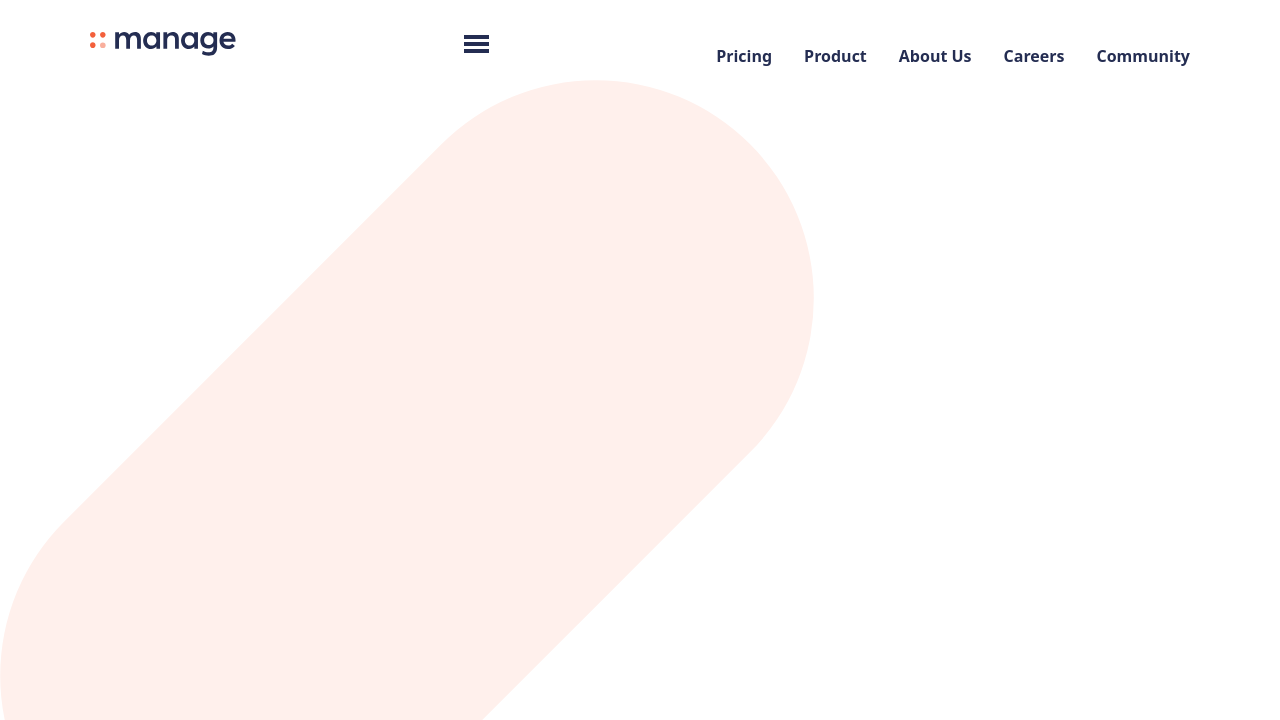
Repository: aqib-01/manage-landing-page
Page: /
The author's editor kept a copy of each file at every save. The page is drawn from the files as they stood at one save, then again after the next save.
The browser window is 1280 px wide. The pictures show the whole page.
The project was rebuilt for these pictures with package versions that can differ from the ones it lists, and the page was loaded fresh each time.

Above is the page before, as saved 2022-05-12 19:11:35.

After the next save:
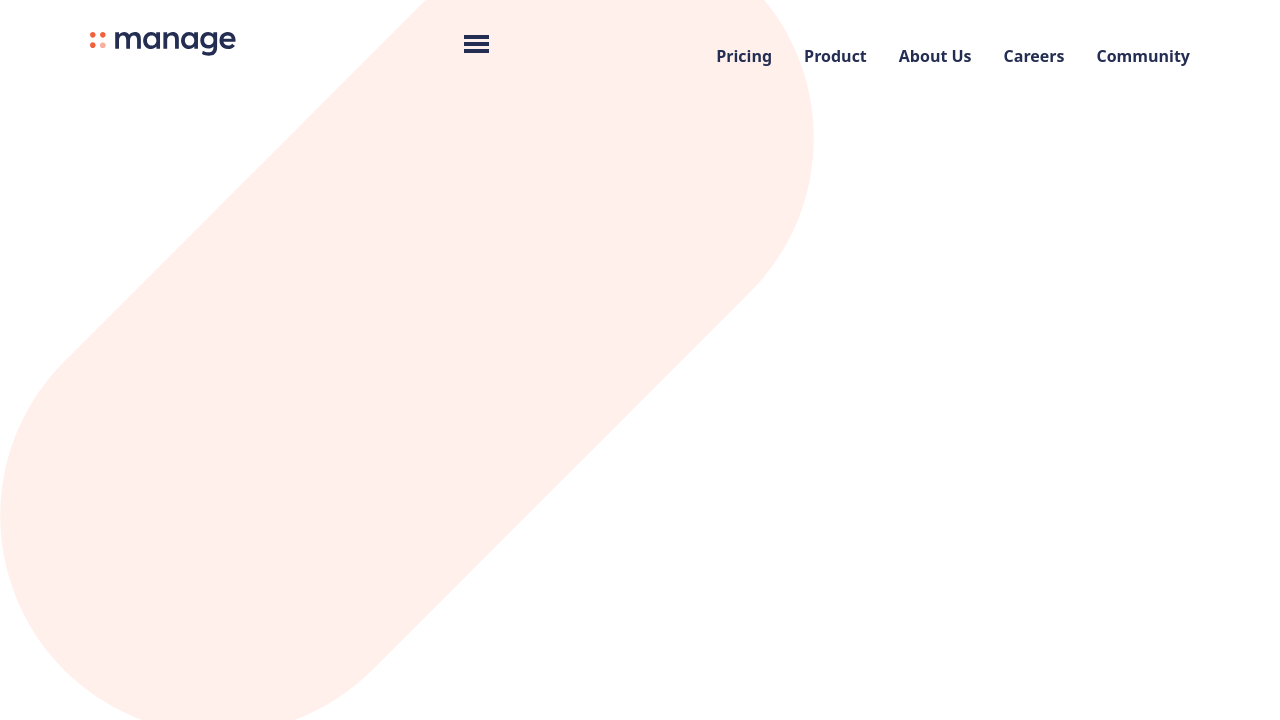
Saved 5 s later.
--- a/src/components/Nav.js
+++ b/src/components/Nav.js
@@ -30,7 +30,7 @@
       )}
 
       <img
-        className="fixed top-20 -z-20 max-w-none"
+        className="fixed -top-20 -z-20 max-w-none"
         src="images/bg-tablet-pattern.svg"
         alt=""
       />
